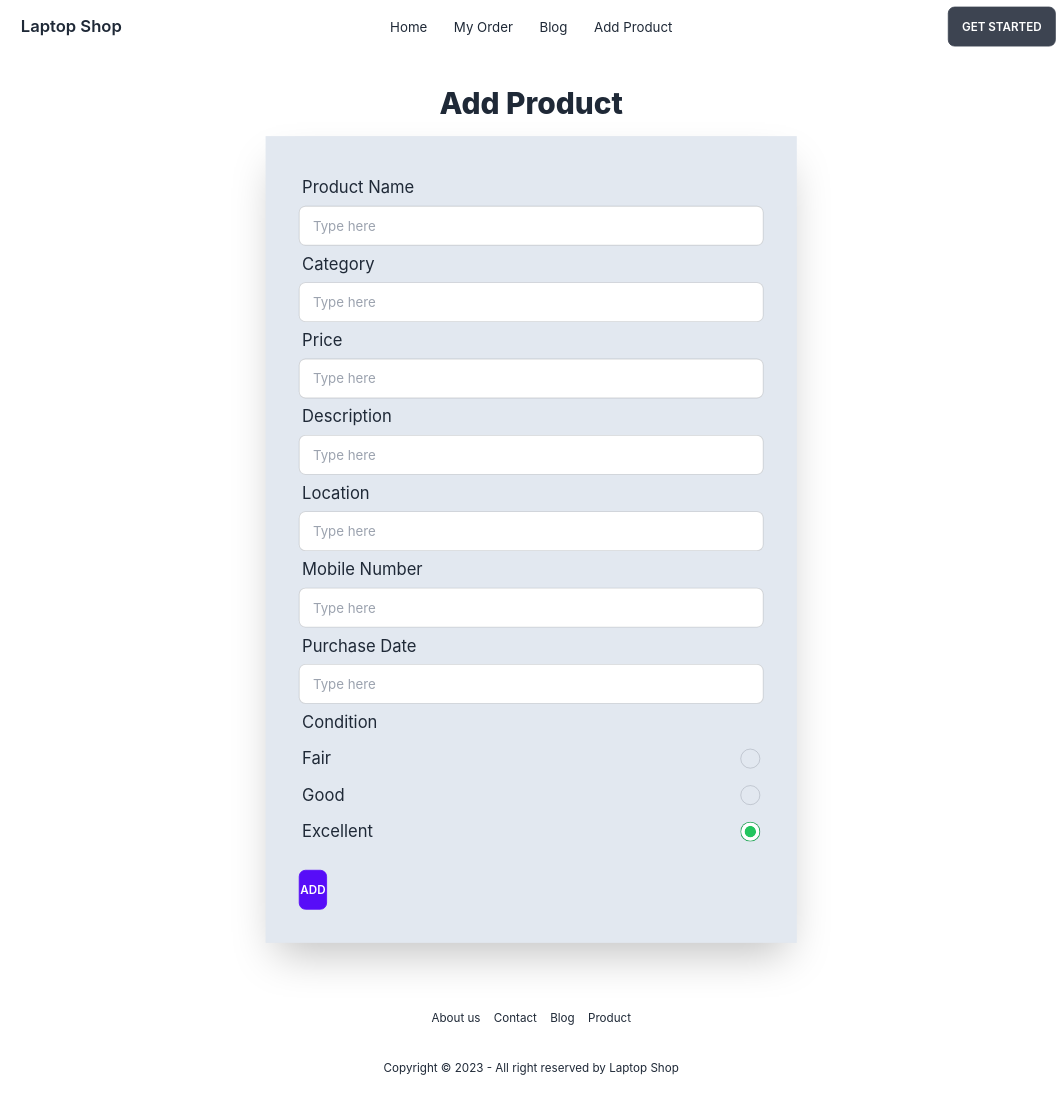
Repository: mdsajib50/E-commerce
Page: /add-product
The author's editor kept a copy of each file at every save. The page is drawn from the files as they stood at one save, then again after the next save.
The browser window is 1280 px wide. The pictures show the whole page, at 83% of full size.
The project was rebuilt for these pictures with package versions that can differ from the ones it lists, and the page was loaded fresh each time. Also part of the build but not shown: src/Pages/Home/Banner/Banner.js, src/Pages/Home/Product/ProductCard.js, src/Pages/Home/Product/Product.js, src/Pages/Home/Home/Home.js.

Above is the page before, as saved 2023-01-11 23:27:41.

### src/App.js
import logo from './logo.svg';
import './App.css';
import { RouterProvider } from 'react-router';
import router from './Routes/Router';

function App() {
  return (
    <div className="App">
        <RouterProvider router={router}></RouterProvider>
    </div>
  );
}

export default App;

### src/Routes/Router.js
import React from 'react';
import { createBrowserRouter } from 'react-router-dom';
import Main from '../Layout/Main/Main';
import AddProduct from '../Pages/AddProduct/AddProduct';
import Home from '../Pages/Home/Home/Home';

const router = createBrowserRouter([
    {
        path: '/',
        element: <Main></Main>,
        children:[
            {
                path:'/',
                element:<Home></Home>
            },
            {
                path:'/home',
                element:<Home></Home>
            },
            {
                path: '/add-product',
                element: <AddProduct></AddProduct>
            }
        ]
    }
])

export default router;

### src/Layout/Main/Main.js
import React from 'react';
import { Outlet } from 'react-router';
import Footer from '../../Pages/Shared/Footer/Footer';
import Header from '../../Pages/Shared/Header/Header';

const Main = () => {
    return (
        <div>
            <Header></Header>
            <Outlet></Outlet>
            <Footer></Footer>
        </div>
    );
};

export default Main;

### src/Pages/AddProduct/AddProduct.js
import React from 'react';

const AddProduct = () => {
    return (
        <div className='my-10'>
            <h1 className='text-center font-extrabold text-4xl'>Add Product</h1>
           <div className=' text-center w-1/2 mx-auto shadow-2xl bg-slate-200 p-10 mt-5'>
                <form>
                    <div className="form-control">
                        <label className="label">
                            <span className="label-text text-xl">Product Name</span>
                        </label>
                        <input type="text" name='product_name' placeholder="Type here" className="input input-bordered" />
                    </div>
                    <div className="form-control">
                        <label className="label">
                            <span className="label-text text-xl">Category</span>
                        </label>
                        <input type="text" name='category' placeholder="Type here" className="input input-bordered" />
                    </div>
                    <div className="form-control">
                        <label className="label">
                            <span className="label-text text-xl">Price</span>
                        </label>
                        <input type="text" name='price' placeholder="Type here" className="input input-bordered" />
                    </div>
                    <div className="form-control">
                        <label className="label">
                            <span className="label-text text-xl">Description</span>
                        </label>
                        <input type="text" name='description' placeholder="Type here" className="input input-bordered" />
                    </div>
                    <div className="form-control">
                        <label className="label">
                            <span className="label-text text-xl">Location</span>
                        </label>
                        <input type="text" name='location' placeholder="Type here" className="input input-bordered" />
                    </div>
                    <div className="form-control">
                        <label className="label">
                            <span className="label-text text-xl">Mobile Number</span>
                        </label>
                        <input type="text" name='mobile' placeholder="Type here" className="input input-bordered" />
                    </div>
                    <div className="form-control">
                        <label className="label">
                            <span className="label-text text-xl">Purchase Date </span>
                        </label>
                        <input type="text" name='date' placeholder="Type here" className="input input-bordered" />
                    </div>
                    <div className="form-control rounded-xl">
                    <label className="label">
                            <span className="label-text text-xl">Condition </span>
                        </label>
                        <div className="form-control">
                            <label className="label cursor-pointer">
                                <span className="label-text text-xl">Fair</span>
                                <input type="radio" value='fair' name="condition" className="radio checked:bg-red-500" checked />
                            </label>
                            </div>
                            <div className="form-control">
                            <label className="label cursor-pointer">
                                <span className="label-text text-xl">Good</span>
                                <input type="radio" value='good' name="condition" className="radio checked:bg-blue-500" checked />
                            </label>
                        </div>
                            <div className="form-control">
                            <label className="label cursor-pointer">
                                <span className="label-text text-xl">Excellent</span>
                                <input type="radio" value='excellent' name="condition" className="radio checked:bg-green-500" checked />
                            </label>
                        </div>
                        <div className="form-control mt-6 w-1">
                            <button className="btn btn-primary">Add</button>
                        </div>
                    </div>
                    </form>
           </div>
        </div>
    );
};

export default AddProduct;

### src/Pages/Shared/Footer/Footer.js
import React from 'react';

const Footer = () => {
    return (
        <footer className="footer footer-center p-10 text-base-content rounded mt-10">
            <div className="grid grid-flow-col gap-4">
                <a className="link link-hover">About us</a>
                <a className="link link-hover">Contact</a>
                <a className="link link-hover">Blog</a>
                <a className="link link-hover">Product</a>
            </div>
            <div>
                <p>Copyright © 2023 - All right reserved by Laptop Shop</p>
            </div>
</footer>
    );
};

export default Footer;

### src/Pages/Shared/Header/Header.js
import React from 'react';
import { Link } from 'react-router-dom';

const Header = () => {
    return (
        <div className="navbar bg-base-100">
        <div className="navbar-start">
            <div className="dropdown">
            <label tabIndex={0} className="btn btn-ghost lg:hidden">
                <svg xmlns="http://www.w3.org/2000/svg" className="h-5 w-5" fill="none" viewBox="0 0 24 24" stroke="currentColor"><path strokeLinecap="round" strokeLinejoin="round" strokeWidth="2" d="M4 6h16M4 12h8m-8 6h16" /></svg>
            </label>
            <ul tabIndex={0} className="menu menu-compact dropdown-content mt-3 p-2 shadow bg-base-100 rounded-box w-52">
                <li><Link to='/home'>Home</Link></li>
                <li><Link to='/myorder'>My Order</Link></li>
                <li><Link to='/blog'>Blog</Link></li>
                <li><Link to='/add-product'>Add A Product</Link></li>
            </ul>
            </div>
            <a className="btn btn-ghost normal-case text-xl">Laptop Shop</a>
        </div>
        <div className="navbar-center hidden lg:flex">
            <ul className="menu menu-horizontal px-1">
                <li><Link to='/home'>Home</Link></li>
                <li><Link to='/myorder'>My Order</Link></li>
                <li><Link to='/blog'>Blog</Link></li>
                <li><Link to='/add-product'>Add Product</Link></li>
            </ul>
        </div>
        <div className="navbar-end">
            <a className="btn">Get started</a>
        </div>
</div>
    );
};

export default Header;

Loaded but not shown: src/index.js (common file); src/index.css (common file); src/reportWebVitals.js (common file); src/App.css (common file); tailwind.config.js (common file)

After the next save:
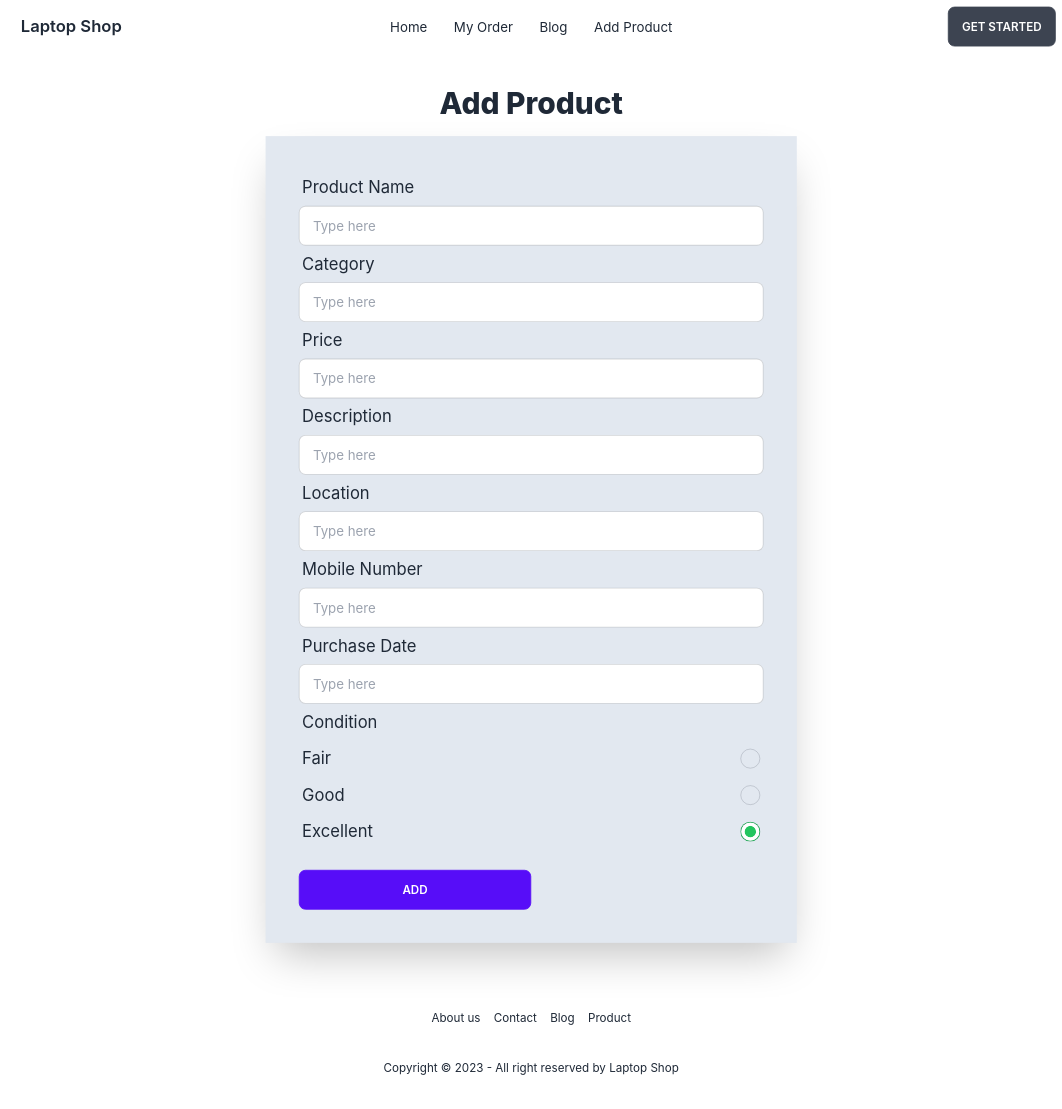
Saved 5 s later.
--- a/src/Pages/AddProduct/AddProduct.js
+++ b/src/Pages/AddProduct/AddProduct.js
@@ -70,7 +70,7 @@ const AddProduct = () => {
                                 <input type="radio" value='excellent' name="condition" className="radio checked:bg-green-500" checked />
                             </label>
                         </div>
-                        <div className="form-control mt-6 w-1">
+                        <div className="form-control mt-6 w-1/2">
                             <button className="btn btn-primary">Add</button>
                         </div>
                     </div>
